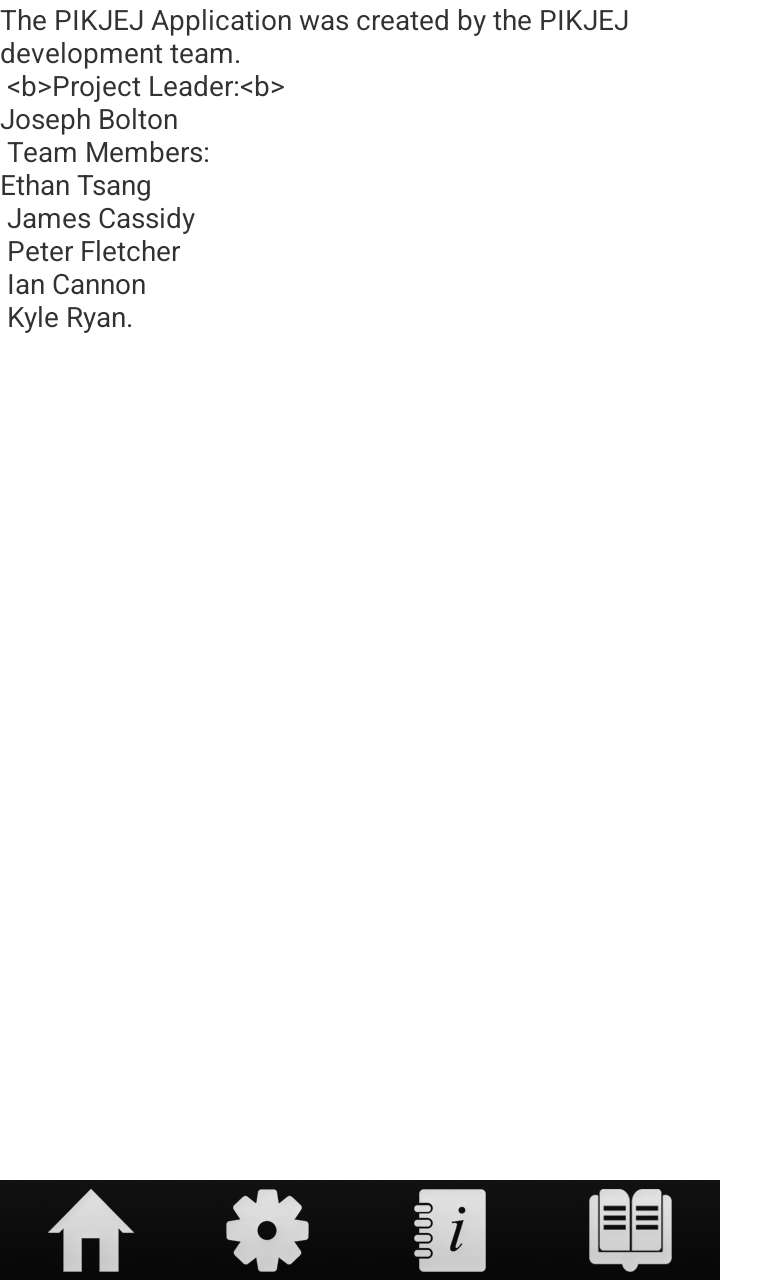
Repository: jo3bolton/PIKJEJ
Layout: PIKJEJ v7/PIKJEJ/res/layout/activity_about.xml
These files come from the project's save history. The layout is drawn as it stood at one moment and after the next save; the edit follows.
It is drawn on a 768 x 1280 px phone screen (xhdpi) without system bars, with theme AppTheme; the app's code is not run.

Above is the layout before, as saved 2013-03-23 13:32:51.

### PIKJEJ v7/PIKJEJ/res/layout/activity_about.xml
<RelativeLayout xmlns:android="http://schemas.android.com/apk/res/android"
    xmlns:tools="http://schemas.android.com/tools"
    android:layout_width="match_parent"
    android:layout_height="match_parent"
    android:screenOrientation="portrait"
    tools:context=".About" >

    <ImageButton
        android:id="@+id/home"
        android:layout_width="wrap_content"
        android:layout_height="wrap_content"
        android:layout_alignParentBottom="true"
        android:layout_alignParentLeft="true"
        android:background="@drawable/ic_tab_home_unselected"
        android:onClick="Home" />

    <ImageButton
        android:id="@+id/settings"
        android:layout_width="wrap_content"
        android:layout_height="wrap_content"
        android:layout_alignParentBottom="true"
        android:layout_toRightOf="@+id/home"
        android:background="@drawable/ic_tab_settings_unselected"
        android:onClick="Settings" />

    <ImageButton
        android:id="@+id/about"
        android:layout_width="wrap_content"
        android:layout_height="wrap_content"
        android:layout_alignParentBottom="true"
        android:layout_toRightOf="@+id/settings"
        android:background="@drawable/ic_tab_about_unselected"
        android:onClick="About" />

    <ImageButton
        android:id="@+id/userguide"
        android:layout_width="wrap_content"
        android:layout_height="wrap_content"
        android:layout_alignParentBottom="true"
        android:layout_toRightOf="@+id/about"
        android:background="@drawable/ic_tab_userguide_unselected"
        android:onClick="Userguide" />
<ScrollView
    android:id="@+id/ScrollView1"
        android:layout_width="wrap_content"
        android:layout_height="wrap_content"
        android:layout_above="@+id/settings"
        android:layout_alignParentLeft="true"
        android:layout_alignParentRight="true"
        android:layout_alignParentTop="true">
    <TextView
        android:id="@+id/textView1"
        android:layout_width="wrap_content"
        android:layout_height="wrap_content"
        android:scrollbars="vertical"
        android:text="@string/page_about" />
</ScrollView>
</RelativeLayout>

### PIKJEJ v7/PIKJEJ/res/values/strings.xml
<?xml version="1.0" encoding="utf-8"?>
<resources>

    <string name="app_name">PIKJEJ</string>
    <string name="action_settings">Settings</string>
    <string name="hello_world">Hello world!</string>
    <string name="title_activity_about">About</string>
    <string name="title_activity_alt_travel">AltTravel</string>
    <string name="title_activity_userguide">Userguide</string>
    <string name="title_activity_schedule">Schedule</string>
    <string name="title_activity_settings">Settings</string>
    <string name="title_activity_predictor">Predictor</string>
    <string name="title_activity_terms">Terms</string>
    <string name="title_activity_splash">Splash</string>
    <string name="title_activity_home">Home</string>
    <string name="page_about">The PIKJEJ Application was created by the PIKJEJ development team. \n &lt;b&gt;Project Leader:&lt;b&gt; \nJoseph Bolton \n Team Members: \nEthan Tsang \n James Cassidy \n Peter Fletcher \n Ian Cannon \n  Kyle Ryan.</string>

</resources>

Loaded but not shown: PIKJEJ v7/PIKJEJ/res/values/styles.xml (common file); PIKJEJ v7/PIKJEJ/res/values-v11/styles.xml (common file); PIKJEJ v7/PIKJEJ/res/values-v14/styles.xml (common file)

After the next save:
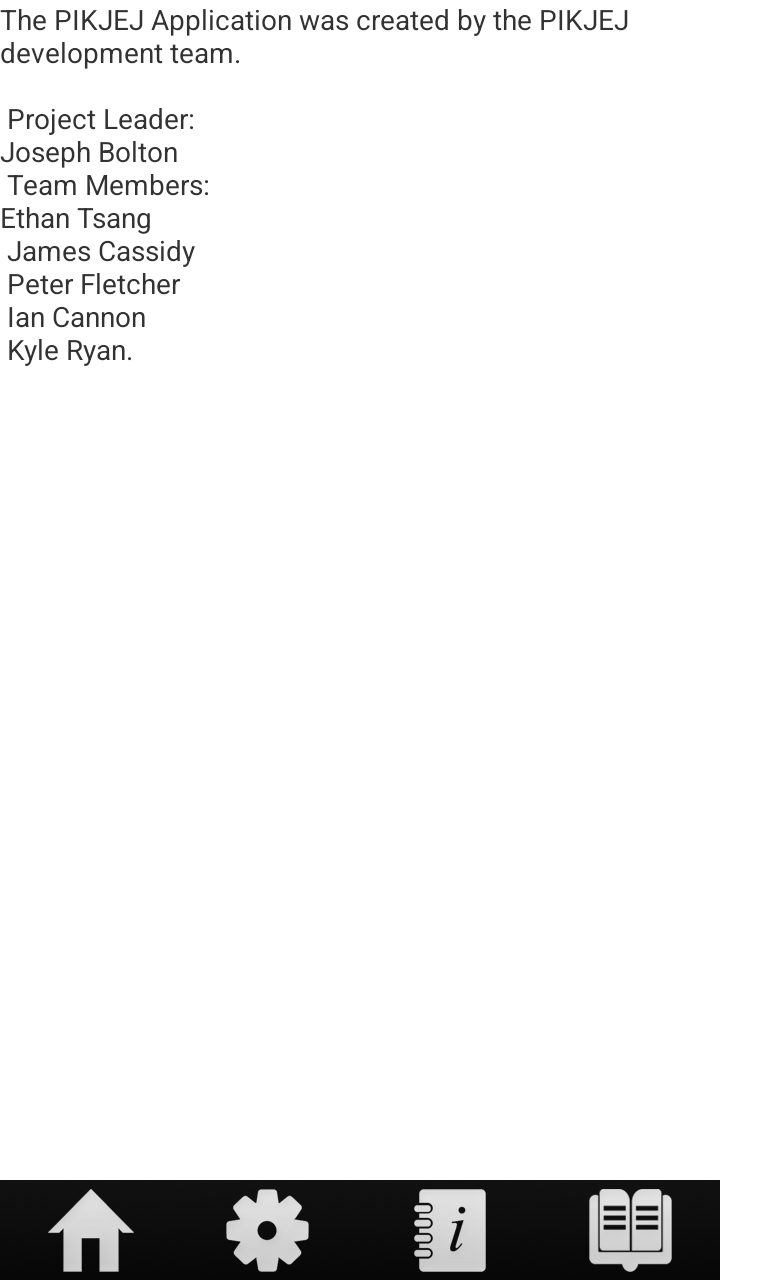
Saved 109 s later.
--- a/PIKJEJ v7/PIKJEJ/res/values/strings.xml
+++ b/PIKJEJ v7/PIKJEJ/res/values/strings.xml
@@ -13,6 +13,6 @@
     <string name="title_activity_terms">Terms</string>
     <string name="title_activity_splash">Splash</string>
     <string name="title_activity_home">Home</string>
-    <string name="page_about">The PIKJEJ Application was created by the PIKJEJ development team. \n &lt;b&gt;Project Leader:&lt;b&gt; \nJoseph Bolton \n Team Members: \nEthan Tsang \n James Cassidy \n Peter Fletcher \n Ian Cannon \n  Kyle Ryan.</string>
+    <string name="page_about">The PIKJEJ Application was created by the PIKJEJ development team. \n \n Project Leader: \nJoseph Bolton \n Team Members: \nEthan Tsang \n James Cassidy \n Peter Fletcher \n Ian Cannon \n  Kyle Ryan.</string>
 
 </resources>
